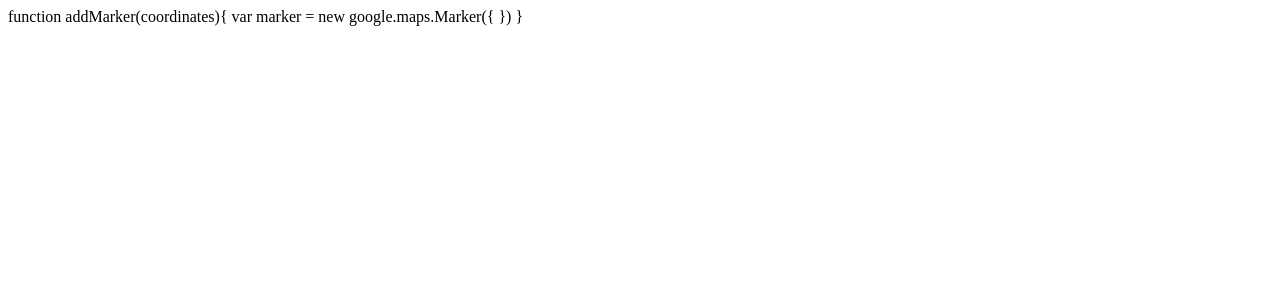
Repository: MaydayBR/creating-an-Event
Page: home.html
These files come from the project's save history. The page is drawn as it stood at one moment and after the next save; the edit follows.
The browser window is 1280 px wide. The pictures show the whole page.

Above is the page before, as saved 2024-10-01 23:34:28.

### home.html






function addMarker(coordinates){
    var marker = new google.maps.Marker({

    })
}

After the next save:
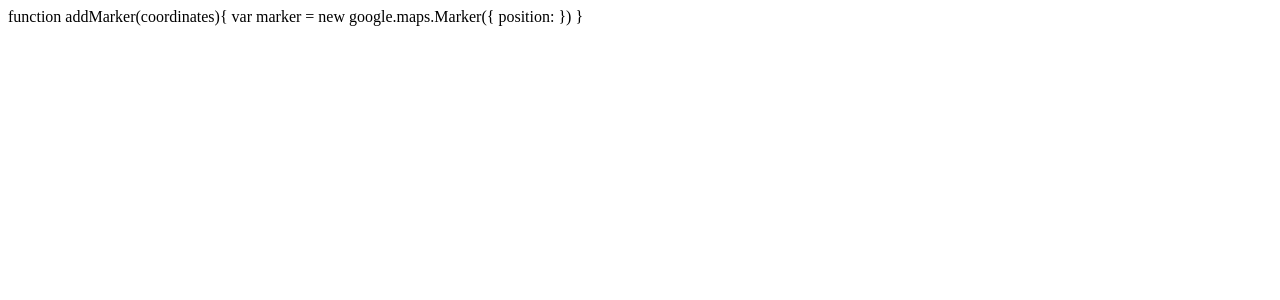
Saved 7 s later.
--- a/home.html
+++ b/home.html
@@ -6,6 +6,6 @@
 
 function addMarker(coordinates){
     var marker = new google.maps.Marker({
-
+        position:
     })
 }
